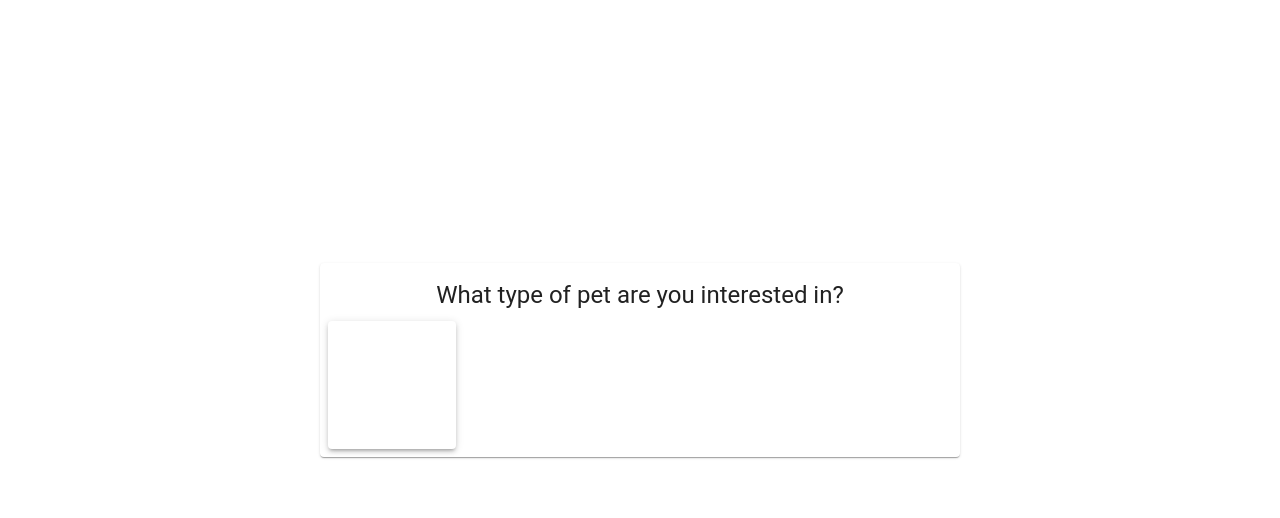
Repository: watthananick1/petstory
Page: /
These files come from the project's save history. The page is drawn as it stood at one moment and after a run of saves; the edit follows.
The browser window is 1280 px wide. The pictures show the whole page.
The project was rebuilt for these pictures with package versions that can differ from the ones it lists, and the page was loaded fresh each time.

Above is the page before, as saved 2023-03-25 14:22:39.

After the next 2 saves:
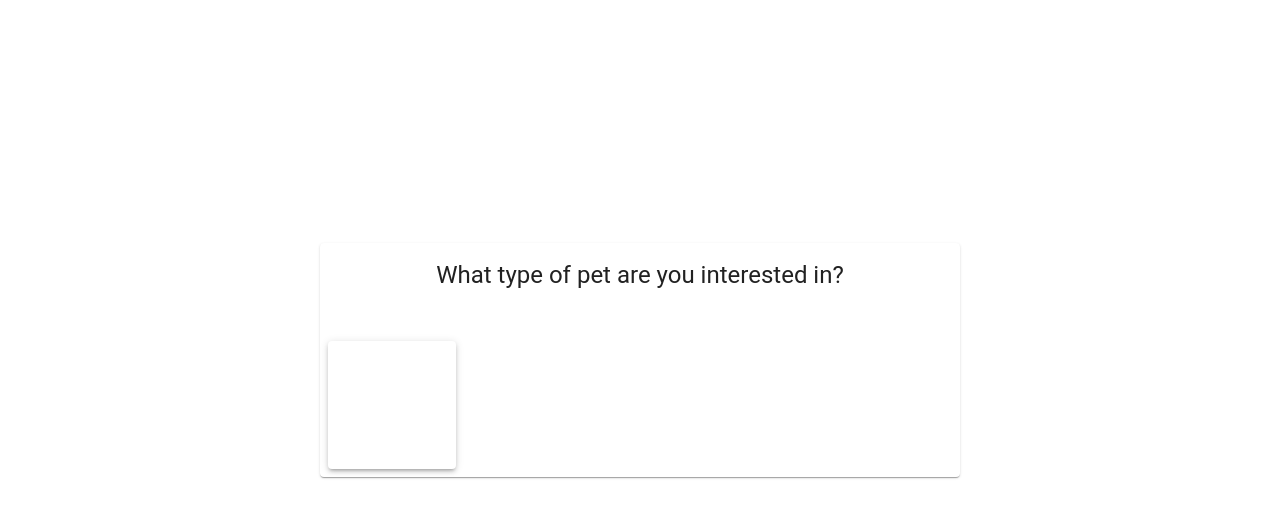
The 2 saves are shown as one change because they came seconds apart.
The last was saved 6 s later.
--- a/src/components/card-type-pet/card-type-pet.tsx
+++ b/src/components/card-type-pet/card-type-pet.tsx
@@ -92,7 +92,7 @@ export default function CardTypePet() {
         <div style={{ display: 'flex', alignItems: 'center', height: '100vh'}}>
             <Card sx={{ minWidth: '50%', margin: '0 auto' }}>
                 <CardContent>
-                    <Typography gutterBottom variant="h5" style={{alignItems: 'center', textAlign: 'center', height: 10}} component="div">
+                    <Typography gutterBottom variant="h5" style={{alignItems: 'center', textAlign: 'center', height: 50}} component="div">
                       What type of pet are you interested in?
                     </Typography >
                 </CardContent>
